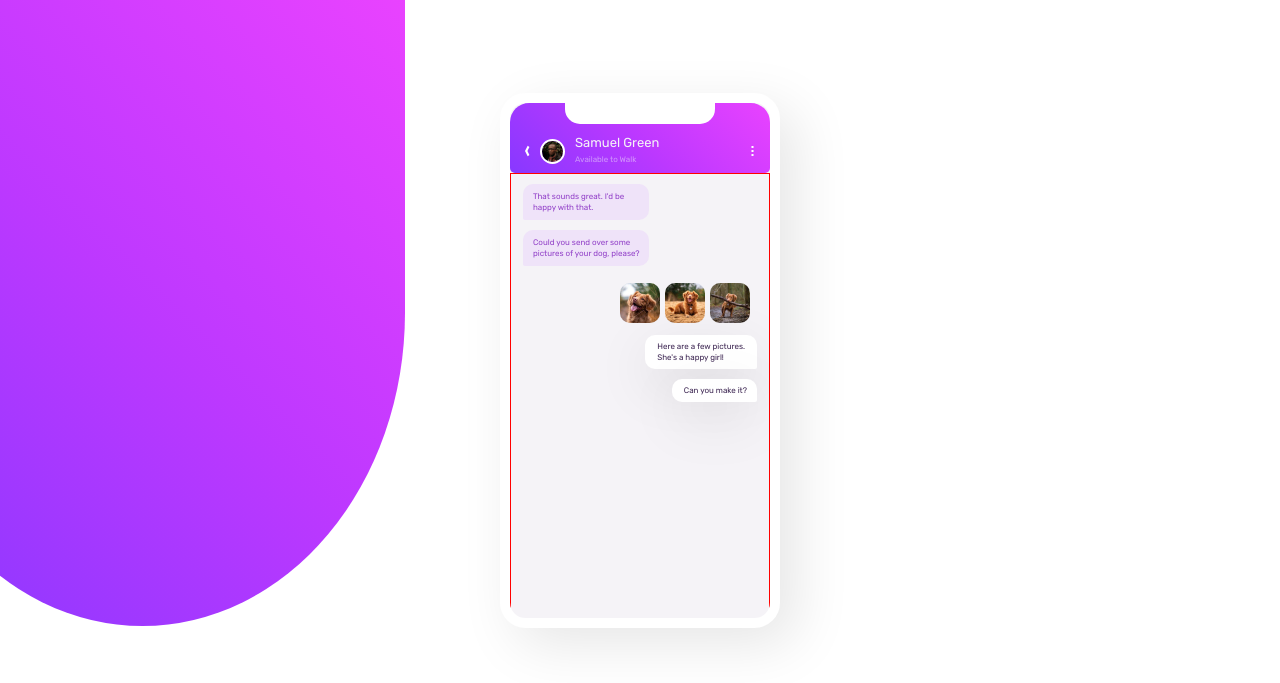
Repository: KamoliddinGIT/chat-app-css-illustration
Page: index.html
These files come from the project's save history. The page is drawn as it stood at one moment and after the next save; the edit follows.
The browser window is 1280 px wide. The pictures show the whole page.

Above is the page before, as saved 2023-09-25 18:32:19.

### index.html
<!DOCTYPE html>
<html lang="en">
  <head>
    <meta charset="UTF-8" />
    <meta http-equiv="X-UA-Compatible" content="IE=edge" />
    <meta name="viewport" content="width=device-width, initial-scale=1.0" />
    <link
      rel="icon"
      type="image/png"
      sizes="32x32"
      href="./images/favicon-32x32.png"
    />
    <link
      href="https://fonts.googleapis.com/css2?family=Rubik:wght@400;500;700&display=swap"
      rel="stylesheet"
    />
    <link rel="stylesheet" href="./css/style.css" />
    <title>Chat App CSS Illustration</title>
  </head>
  <body>
    <div class="container">
      <div class="bg"></div>
      <div class="card">
        <div class="header">
          <div class="cam"></div>
          <div class="header_contents">
            <div class="header-left-side">
              <img
                src="./images/arrow.svg"
                alt="left_arrow"
                class="back_icon"
              />
              <img class="avatar" src="./images/avatar.jpg" alt="avatar" />
              <h2>
                Samuel Green <br />
                <span>Available to Walk </span>
              </h2>
            </div>
            <img src="./images/menu.svg" alt="menu" class="menu" />
          </div>
        </div>
        <div class="card-messages">
          <div class="receive-message">
            That sounds great. I'd be happy with that.
          </div>
          <div class="receive-message">
            Could you send over some pictures of your dog, please?
          </div>
          <div class="sent-photo">
            <img src="./images/dog-image-1.jpg" alt="dog1" />
            <img src="./images/dog-image-2.jpg" alt="dog2" />
            <img src="./images/dog-image-3.jpg" alt="dog3" />
          </div>
          <div class="sent-msg">
            Here are a few pictures. She's a happy girl!
          </div>
          <div class="next-msg">Can you make it?</div>
        </div>
      </div>
    </div>
  </body>
</html>

### css/style.css
* {
  margin: 0;
  padding: 0;
  box-sizing: border-box;
}

.container {
  width: 100%;
  height: 100vh;
  display: flex;
  justify-content: center;
  align-items: center;
  background-color: white;
  font-family: "Rubik", sans-serif;
}

.bg {
  width: 525px;
  height: 87%;
  left: -120px;
  top: 0;
  position: absolute;
  background-image: linear-gradient(
    45deg,
    hsl(264deg 100% 61%) 0%,
    hsl(280deg 100% 61%) 50%,
    hsl(293deg 100% 63%) 100%
  );
  border-radius: 0 0 50% 50%;
}

.card {
  z-index: 99;
  width: 280px;
  height: 535px;
  border-radius: 1.6rem;
  background-color: hsl(270, 20%, 96%);
  border: 10px solid white;
  box-shadow: 1rem 1rem 3.5rem rgba(0, 0, 0, 0.1);
  overflow: hidden;
}

.header {
  display: flex;
  justify-content: center;
  align-items: center;
  color: white;
  position: relative;
  width: 100%;
  height: 70px;
  border-radius: 1.2rem 1.2rem 5px 5px;
  display: flex;
  flex-direction: column;
  align-items: center;
  background-image: linear-gradient(
    45deg,
    hsl(264deg 100% 61%) 0%,
    hsl(280deg 100% 61%) 50%,
    hsl(293deg 100% 63%) 100%
  );
}

.cam {
  width: 150px;
  height: 22px;
  top: 0;
  background-color: white;
  border-radius: 0 0 15px 15px;
  position: absolute;
  margin: -1px auto 0 auto;
}

.back_icon {
  width: 5px;
  height: 18px;
  cursor: pointer;
}

.header_contents {
  margin-top: 27px;
  width: 100%;
  height: 15px;
  display: flex;
  align-items: center;
  justify-content: space-between;
  padding: 15px;
}

.header-left-side {
  width: 164px;
  height: 29px;
  display: flex;
  align-items: center;
  gap: 10px;
}

.avatar {
  width: 25px;
  height: 25px;
  object-fit: fill;
  border-radius: 50%;
  border: 2px solid white;
}

.header-left-side h2 {
  font-size: 13px;
  font-weight: 400;
  padding-bottom: 3px;
  color: hsl(270, 20%, 96%);
}

.header-left-side h2 span {
  font-size: 8px;
  font-weight: 400;
  opacity: 0.5;
  color: hsl(270, 20%, 96%);
}

.menu {
  cursor: pointer;
  width: 5px;
}

.card-messages {
  display: flex;
  flex-direction: column;
  width: 260px;
  height: 446px;
  border: 1px solid red;
}

.receive-message {
  width: 126px;
  height: 36px;
  background-color: hsla(276, 100%, 81%, 0.2);
  padding: 7px 5px 7px 10px;
  border-radius: 10px 10px 10px 2px;
  margin: 10px 0 0 12px;
  font-size: 8px;
  line-height: 11px;
  color: hsl(276, 55%, 52%);
}

.sent-photo {
  margin: 15px 12px 0 auto;
  width: 142px;
  height: 44px;
  display: flex;
  align-items: center;
}

.sent-photo img {
  width: 40px;
  height: 40px;
  border-radius: 10px;
  object-fit: fill;
  margin-inline-start: 5px;
}

.sent-msg {
  width: 133px;
  height: 34px;
  background-color: white;
  padding: 6px 10px 6px 12px;
  border-radius: 10px 10px 2px 10px;
  box-shadow: 0 1rem 3.5rem rgba(0, 0, 0, 0.1);
  margin: 10px 12px 0 auto;
  font-size: 8px;
  color: hsl(271, 36%, 24%);
  max-width: 22ch;
  line-height: 11px;
}

.next-msg {
  width: 85px;
  height: 23px;
  background-color: white;
  width: fit-content;
  padding: 6px 10px 6px 12px;
  border-radius: 10px 10px 2px 10px;
  box-shadow: 0 1rem 3.5rem rgba(0, 0, 0, 0.1);
  margin: 10px 12px 0 auto;
  font-size: 8px;
  color: hsl(271, 36%, 24%);
  max-width: 22ch;
  line-height: 11px;
}

After the next save:
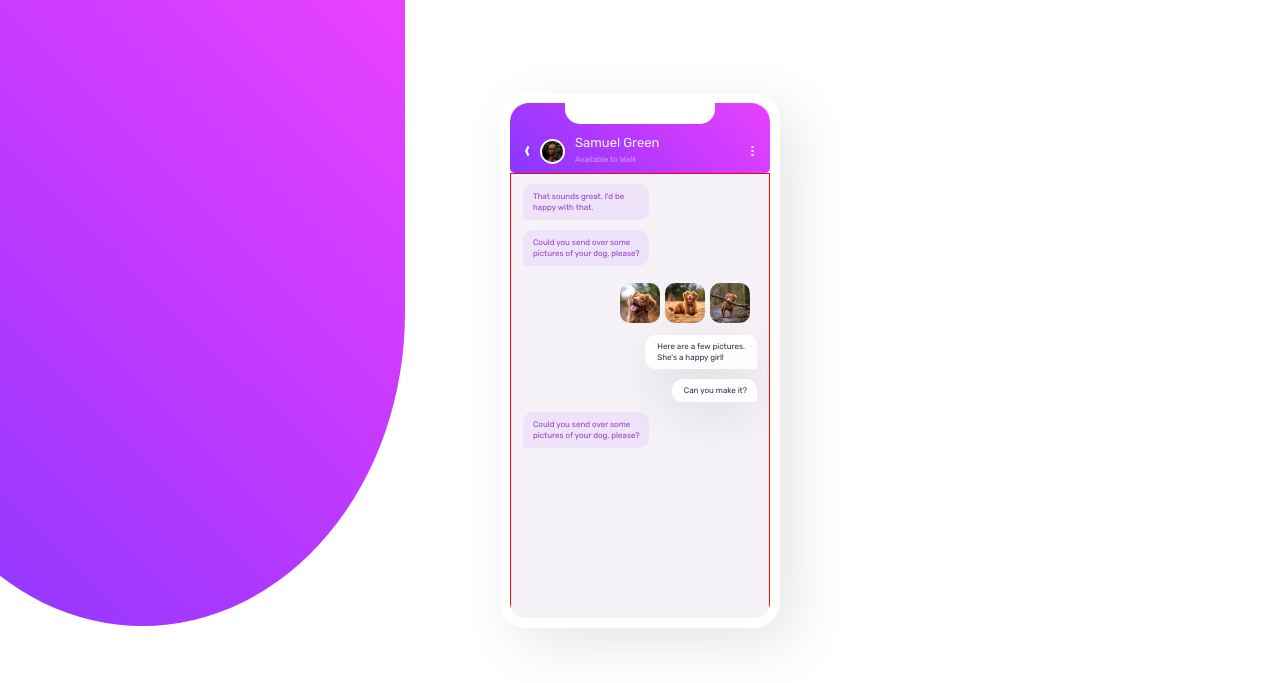
Saved 30 s later.
--- a/index.html
+++ b/index.html
@@ -55,6 +55,9 @@
             Here are a few pictures. She's a happy girl!
           </div>
           <div class="next-msg">Can you make it?</div>
+          <div class="receive-message">
+            Could you send over some pictures of your dog, please?
+          </div>
         </div>
       </div>
     </div>
